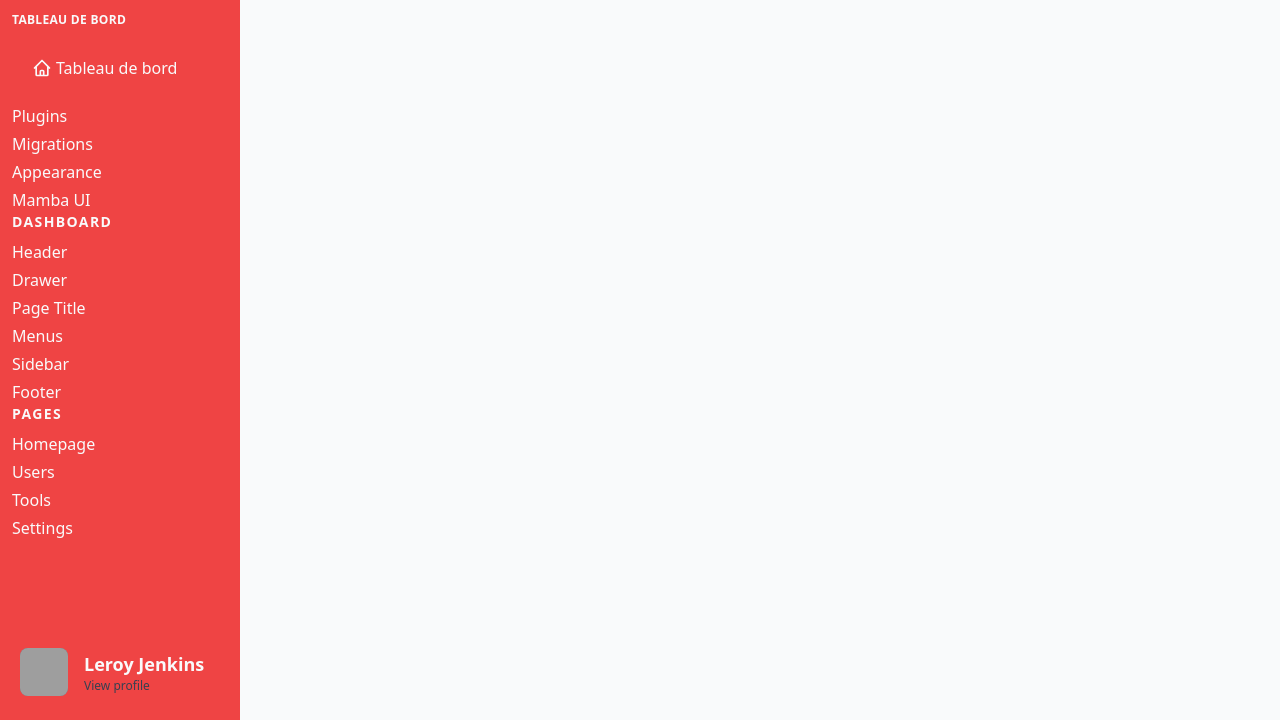
Repository: erulabs243/museum
Page: /dashboard
An editor plug-in stored every save of this project. The page is shown before and after the next save, followed by the edit.
The browser window is 1280 px wide. The pictures show the whole page.
Pictures or frames that could not be fetched are drawn as grey boxes. The project was rebuilt for these pictures with package versions that can differ from the ones it lists, and the page was loaded fresh each time. Also part of the build but not shown: vite.config.js, src/pages/admin/Home.jsx, src/components/atoms/headers/NavLink.jsx, src/components/atoms/headers/Button.jsx, src/components/atoms/TagBadge.jsx, src/components/atoms/MyAudioPlayer.jsx, src/components/atoms/MyVideoPlayer.jsx, src/components/atoms/MediaCard.jsx and 24 more.

Above is the page before, as saved 2022-08-10 19:57:11.

### index.html
<!DOCTYPE html>
<html lang="en">
  <head>
    <meta charset="UTF-8" />
    <link rel="icon" type="image/svg+xml" href="/vite.svg" />
    <link rel="stylesheet" href="src/theme/App.css">
    <meta name="viewport" content="width=device-width, initial-scale=1.0" />
    <title>Museum...</title>
  </head>
  <body class="bg-gray-50">
    <div id="root"></div>
    <script type="module" src="/src/main.jsx"></script>
  </body>
</html>

### src/App.jsx
'use strict';

import { BrowserRouter, Route, Routes } from 'react-router-dom';
import { AdminRoutes, CommonsRoutes, UserRoutes, AuthRoutes } from './routes';

const App = () => {
    return (
        <BrowserRouter>
            <Routes>
                {AuthRoutes.map((route) => (
                    <Route path={route.path} key={route.path} element={route.element} />
                ))}
                {UserRoutes.map((route) => (
                    <Route path={route.path} key={route.path} element={route.element} />
                ))}
                {AdminRoutes.map((route) => (
                    <Route path={route.path} key={route.path} element={route.element} />
                ))}
                {CommonsRoutes.map((route) => (
                    <Route path={route.path} key={route.path} element={route.element} />
                ))}
            </Routes>
        </BrowserRouter>
    );
};

export default App;

### src/routes/index.jsx
'use strict';

import AdminRoutes from "./AdminRoutes";
import CommonsRoutes from "./CommonsRoutes";
import UserRoutes from "./UserRoutes";
import AuthRoutes from "./AuthRoutes";

export {UserRoutes, AdminRoutes, CommonsRoutes, AuthRoutes};

### src/routes/AdminRoutes.jsx
'use strict';

import { Contact, Dashboard, Post } from '../pages/admin';

const AdminRoutes = [
    {
        path: '/dashboard',
        element: <Dashboard />
    },
    {
        path: '/post',
        element: <Post />
    },
    {
        path: '/contacts',
        element: <Contact />
    }
];

export default AdminRoutes;

### src/routes/CommonsRoutes.jsx
'use strict';

import { NotFound } from '../pages/commons';

const CommonsRoutes = [
    {
        path: '*',
        element: <NotFound />
    }
];

export default CommonsRoutes;

### src/routes/UserRoutes.jsx
'use strict';

import {
    About,
    Contact,
    Gallery,
    Home,
    Library,
    Podcast,
    Story,
    Testimonials,
    Videos
} from '../pages/user';

const UserRoutes = [
    {
        path: '/',
        element: <Home />
    },
    {
        path: '/contact',
        element: <Contact />
    },
    {
        path: '/library',
        element: <Library />
    },
    {
        path: '/stories',
        element: <Testimonials />
    },
    {
        path: '/stories/:slug',
        element: <Story />
    },
    {
        path: '/gallery',
        element: <Gallery />
    },
    {
        path: '/videos',
        element: <Videos />
    },
    {
        path: '/podcast',
        element: <Podcast />
    },
    {
        path: '/about',
        element: <About />
    }
];

export default UserRoutes;

### src/routes/AuthRoutes.jsx
'use strict';

import { Login } from '../pages/auth';

const AuthRoutes = [
    {
        path: '/login',
        element: <Login />
    }
];

export default AuthRoutes;

### src/pages/admin/index.jsx
'use strict';

import Home from './Home';
import Dashboard from './Dashboard';
import Contact from './Contact';
import Post from './Post';

export { Home, Dashboard, Contact, Post };

### src/pages/commons/index.jsx
'use strict';

import NotFound from './NotFound';

export { NotFound };

### src/pages/user/index.jsx
'use strict';

import Blog from './Blog';
import Contact from './Contact';
import Gallery from './Gallery';
import Library from './Library';
import Podcast from './Podcast';
import Testimonials from './Testimonials';
import Videos from './Videos';
import Home from './Home';
import Story from './Story';
import About from './About';

export { Home, Blog, Contact, Gallery, Library, Podcast, Testimonials, Videos, Story, About };

### src/pages/auth/index.jsx
'use strict';

import Login from "./Login";

export {Login};

### src/pages/admin/Dashboard.jsx
'use strict';

import { AdminSidebar } from '../../components/sections';

const Dashboard = () => {
    return (
        <main>
            <AdminSidebar />
        </main>
    );
};

export default Dashboard;

### src/components/sections/index.jsx
'use strict';

import Navbar from './Navbar';
import Footer from './Footer';
import Testimonial from './Testimonial';
import LibraryHeader from './LibraryHeader';
import Pagination from './Pagination';
import Article from './Article';
import Image from './Image';
import Modal from './Modal';
import AdminSidebar from './AdminSidebar';

export {
    Navbar,
    Footer,
    Testimonial,
    LibraryHeader,
    Pagination,
    Article,
    Image,
    Modal,
    AdminSidebar
};

### src/components/sections/AdminSidebar.jsx
'use strict';

import { HomeIcon, LogoutIcon } from '@heroicons/react/outline';

const AdminSidebar = () => {
    return (
        <div className="flex flex-col h-screen p-3 w-60 bg-red-500 text-gray-50">
            <div className="space-y-2">
                <h2 className="text-xs font-semibold tracking-wide uppercase dark:text-gray-700">
                    Tableau de bord
                </h2>
                <div className="flex flex-col space-y-1">
                    <a
                        rel="noopener noreferrer"
                        href="#"
                        className="flex flex-row items-center p-5 hover:bg-gray-700">
                        <HomeIcon className="w-5 h-5 mr-1" />
                        <span>Tableau de bord</span>
                    </a>
                    <a rel="noopener noreferrer" href="#">
                        Plugins
                    </a>
                    <a rel="noopener noreferrer" href="#">
                        Migrations
                    </a>
                    <a rel="noopener noreferrer" href="#">
                        Appearance
                    </a>
                    <a rel="noopener noreferrer" href="#">
                        Mamba UI
                    </a>
                </div>
            </div>
            <div className="space-y-2">
                <h2 className="text-sm font-semibold tracking-widest uppercase dark:text-gray-400">
                    Dashboard
                </h2>
                <div className="flex flex-col space-y-1">
                    <a rel="noopener noreferrer" href="#">
                        Header
                    </a>
                    <a rel="noopener noreferrer" href="#">
                        Drawer
                    </a>
                    <a rel="noopener noreferrer" href="#">
                        Page Title
                    </a>
                    <a rel="noopener noreferrer" href="#">
                        Menus
                    </a>
                    <a rel="noopener noreferrer" href="#">
                        Sidebar
                    </a>
                    <a rel="noopener noreferrer" href="#">
                        Footer
                    </a>
                </div>
            </div>
            <div className="space-y-2">
                <h2 className="text-sm font-semibold tracking-widest uppercase dark:text-gray-400">
                    Pages
                </h2>
                <div className="flex flex-col space-y-1">
                    <a rel="noopener noreferrer" href="#">
                        Homepage
                    </a>
                    <a rel="noopener noreferrer" href="#">
                        Users
                    </a>
                    <a rel="noopener noreferrer" href="#">
                        Tools
                    </a>
                    <a rel="noopener noreferrer" href="#">
                        Settings
                    </a>
                </div>
            </div>
            <div className="flex items-center p-2 mt-12 space-x-4 justify-self-end absolute bottom-4">
                <img
                    src="https://source.unsplash.com/100x100/?portrait"
                    alt=""
                    className="w-12 h-12 rounded-lg bg-gray-500"
                />
                <div>
                    <h2 className="text-lg font-semibold">Leroy Jenkins</h2>
                    <span className="flex items-center space-x-1">
                        <a
                            rel="noopener noreferrer"
                            href="#"
                            className="text-xs hover:underline text-gray-700">
                            View profile
                        </a>
                    </span>
                </div>
            </div>
        </div>
    );
};

export default AdminSidebar;

Loaded but not shown: src/main.jsx (common file); src/theme/App.css (2450 lines, source omitted)

After the next save:
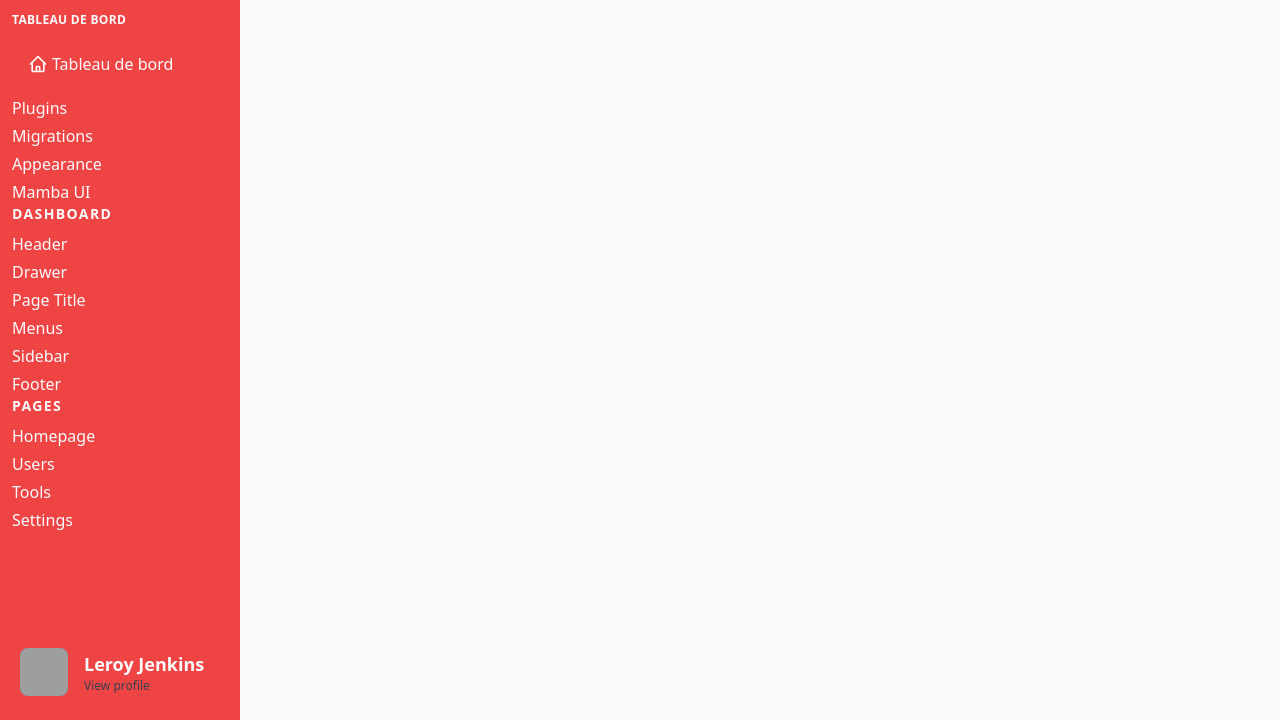
Saved 7 s later.
--- a/src/components/sections/AdminSidebar.jsx
+++ b/src/components/sections/AdminSidebar.jsx
@@ -13,7 +13,7 @@ const AdminSidebar = () => {
                     <a
                         rel="noopener noreferrer"
                         href="#"
-                        className="flex flex-row items-center p-5 hover:bg-gray-700">
+                        className="flex flex-row items-center p-4 hover:bg-gray-700">
                         <HomeIcon className="w-5 h-5 mr-1" />
                         <span>Tableau de bord</span>
                     </a>
